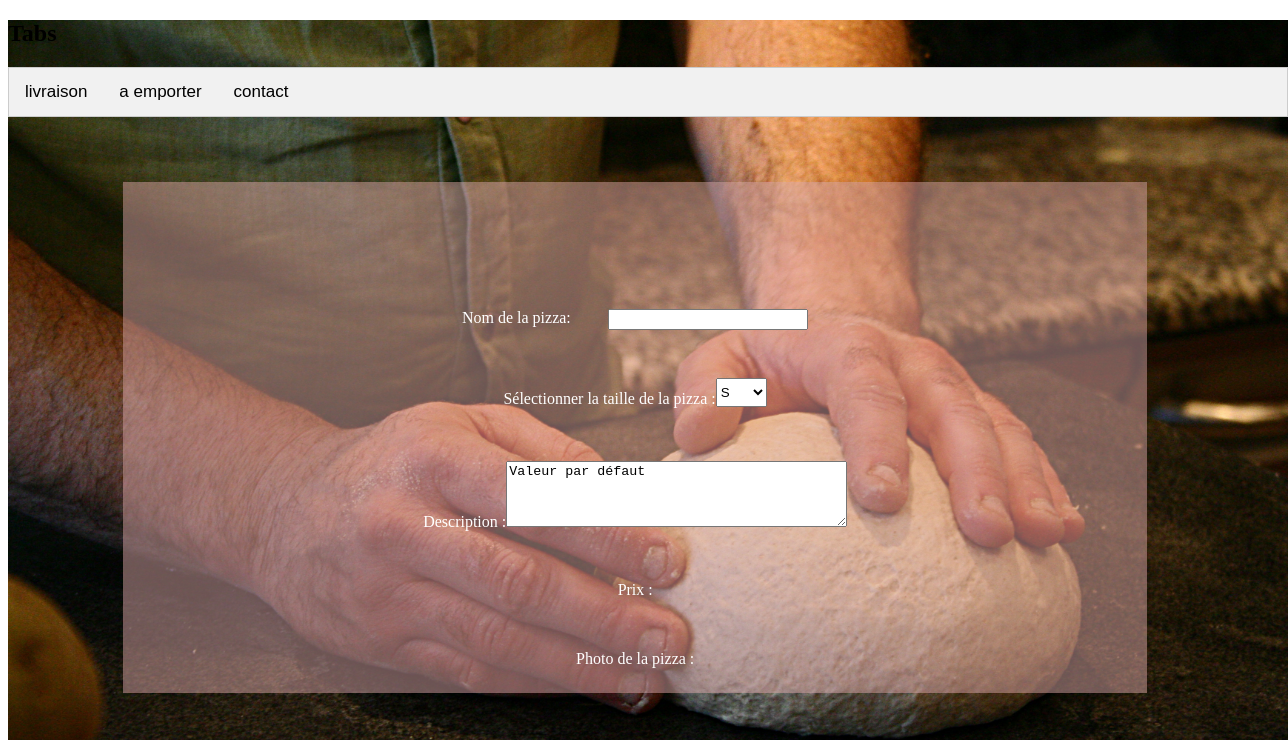
Repository: dev84-unalien/pippo_pizza
Page: admin.html
These files come from the project's save history. The page is drawn as it stood at one moment and after the next save; the edit follows.
The browser window is 1280 px wide. The page is 1288 px wide, so the pictures cover 1288 px, including what lies to the right of the window. The pictures show the whole page.

Above is the page before, as saved 2019-09-10 15:16:30.

### admin.html
<!DOCTYPE html>
<html lang="en">

<head>
    <meta charset="UTF-8">
    <meta name="viewport" content="width=device-width, initial-scale=1.0">
    <meta http-equiv="X-UA-Compatible" content="ie=edge">
    <title>pizzaria pippo</title>
    <link rel="stylesheet" href="admin.css">
    <script src="jquery-3.4.1.min.js"></script>
    <script src="admin.js"></script>

</head>

<body>
    <div id=unos>
        <div id=commande>

            <h2>Tabs</h2>


            <div class="tab">
                <button class="tablinks" onclick="openCity(event, 'livraison')">livraison</button>
                <button class="tablinks" onclick="openCity(event, 'emporter')">a emporter</button>
                <button class="tablinks" onclick="openCity(event, 'contact')">contact</button>
            </div>

            <div id="livraison" class="tabcontent">
                <h3>livraison</h3>
            </div>

            <div id="emporter" class="tabcontent">
                <h3>emporter</h3>

            </div>

            <div id="contact" class="tabcontent">
            </div>
            </form>

         <div id="body">
            <div id="Gcadre">
                 <div id="Nom">Nom de la pizza:<input id="écriture"></input></div>
                  <div id="Taille">
                  <p>Sélectionner la taille de la pizza :</p>
                   <select >
                         <option value="S">S</option>
                         <option value="M">M</option>
                         <option value=">L">L</option>
                         <option value="XL">XL</option>
                         <option value="XXL">XXL</option>
                     </select>
                </div>
                <div id="Description">Description :<TEXTAREA name="desc" rows=4 cols=40>Valeur par défaut</TEXTAREA></div>
                <div id="Prix">Prix :</div>

                <div id="Image"> Photo de la pizza :</div>
            </div>

        </div>
    </div>
</body>

</html>

### admin.css
#unos {
  height: 100vh;
  width: 100vw;
  background-image: url("images/ajoutpizza.jpg");
  justify-content: cover;
  background-size: 100vw;
}
#body{
    width: 100vw;
    height: 80vh;
    display: flex;
  flex-direction: column;
  justify-content: center;
  align-content: center;
}
#Gcadre {
  display: flex;
  flex-direction: column;
  justify-content: space-around;
  align-items: center;
  width: 80vw;
  height: 80vh;
  background-color: rgba(216, 166, 166, 0.5);
  margin-left: 9vw;
  margin-top:9vh;
  color: white;
}

#Nom {
  display: flex;
  justify-content: space-around;
  color: white;
  margin-top: 8vw;
  width: 30vw;
  height:2vh;
}
#écriture{
  width:15vw;
  height:2vh;
}

#Taille {
  display: flex;
  justify-content: center;
  align-content: center;
  width: 80vw;
  height: 5vh;
}
select {
  width: 4vw;
  height: 4vh;
  margin-top: 0.5vh;
}

#description{
  size: 5rem;
  display: flex;
  justify-content: center;
  align-items: center;

}
p {
  color: white;
}

#formulaire {
  height: 50%;
  width: 50%;
  background-color: aliceblue;
}

#livraison {
  background-color: aquamarine;
}

#emporter {
  background-color: beige;
}
#contact {
  background-color: powderblue;
}

.tab {
  overflow: hidden;
  border: 1px solid #ccc;
  background-color: #f1f1f1;
}

/* Style the buttons inside the tab */

.tab button {
  background-color: inherit;
  float: left;
  border: none;
  outline: none;
  cursor: pointer;
  padding: 14px 16px;
  transition: 0.3s;
  font-size: 17px;
}

/* Change background color of buttons on hover */

.tab button:hover {
  background-color: red;
}

/* Create an active/current tablink class */

.tab button.active {
  background-color: red;
}

/* Style the tab content */

.tabcontent {
  display: none;
  padding: 6px 12px;
  border: 1px solid red;
  border-top: none;
}

Loaded but not shown: jquery-3.4.1.min.js (library); admin.js (no copy from this time; the picture is the same without it)

After the next save:
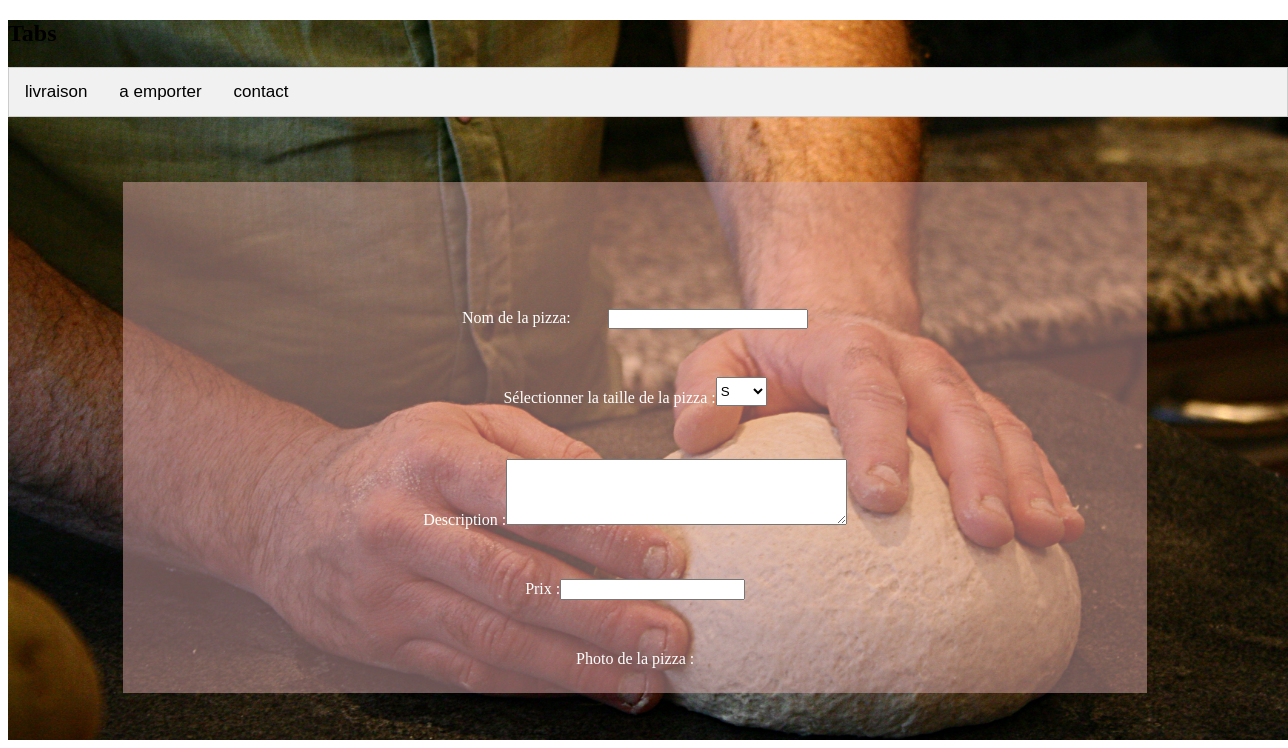
Saved 42 s later.
--- a/admin.html
+++ b/admin.html
@@ -51,8 +51,8 @@
                          <option value="XXL">XXL</option>
                      </select>
                 </div>
-                <div id="Description">Description :<TEXTAREA name="desc" rows=4 cols=40>Valeur par défaut</TEXTAREA></div>
-                <div id="Prix">Prix :</div>
+                <div id="Description">Description :<TEXTAREA name="desc" rows=4 cols=40></TEXTAREA></div>
+                <div id="Prix">Prix :<input id="prix1"></input></div>
 
                 <div id="Image"> Photo de la pizza :</div>
             </div>
